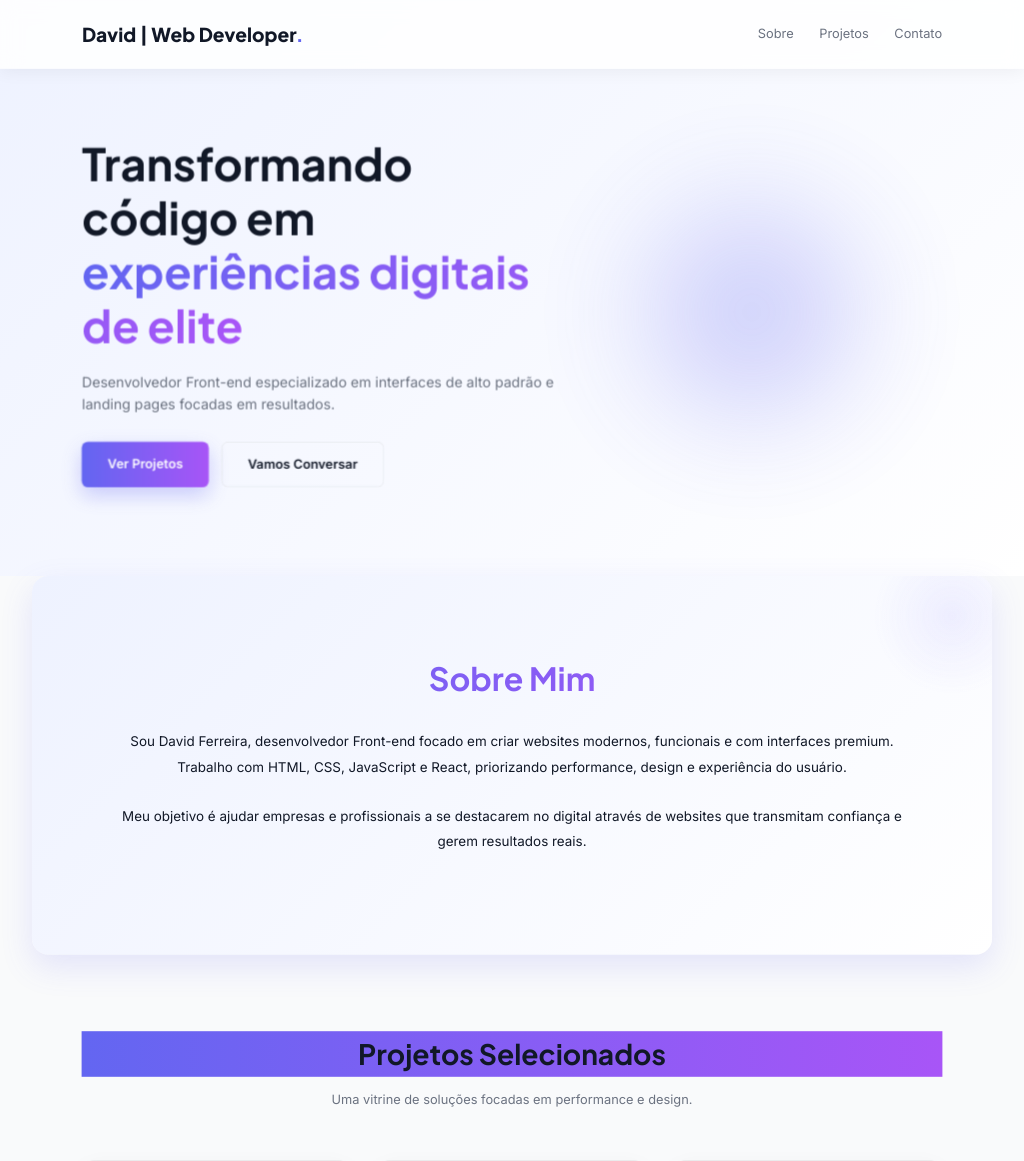
Repository: davidfsillva/David_Ferreira
Page: index.html
These files come from the project's save history. The page is drawn as it stood at one moment and after the next save; the edit follows.
The browser window is 1280 px wide. The pictures show the part of the page from y = 0 to 1451 px (the page is 2777 px tall), at 80% of full size.
Pictures or frames that could not be fetched are drawn as grey boxes.

Above is the page before, as saved 2026-02-11 12:09:47.
Console error: TypeError: Cannot read properties of null (reading 'addEventListener')

### index.html
<!DOCTYPE html>
<html lang="pt-BR">
<head>
    <meta charset="UTF-8">
    <meta name="viewport" content="width=device-width, initial-scale=1.0">

    <title>David Ferreira | Desenvolvedor Front-end & UI Designer Premium</title>

    <!-- SEO Primário -->
    <meta name="description" content="David Ferreira é desenvolvedor front-end especializado em interfaces premium, landing pages de alta conversão e experiências digitais modernas.">
    <meta name="keywords" content="Desenvolvedor Front-end, Web Designer, UI Designer, Landing Page, Desenvolvimento Web, Freelancer Brasil">
    <meta name="author" content="David Ferreira">
    <meta name="robots" content="index, follow">
    <link rel="canonical" href="https://seudominio.com/">

    <!-- Open Graph (Facebook, LinkedIn) -->
    <meta property="og:title" content="David Ferreira | Desenvolvedor Front-end Premium">
    <meta property="og:description" content="Interfaces digitais de alto padrão, focadas em performance e conversão.">
    <meta property="og:image" content="https://seudominio.com/preview.jpg">
    <meta property="og:url" content="https://seudominio.com/">
    <meta property="og:type" content="website">

    <!-- Twitter Card -->
    <meta name="twitter:card" content="summary_large_image">
    <meta name="twitter:title" content="David Ferreira | Web Developer">
    <meta name="twitter:description" content="Desenvolvimento web premium focado em performance e design moderno.">
    <meta name="twitter:image" content="https://seudominio.com/preview.jpg">

    <!-- Favicon -->
    <link rel="icon" href="favicon.ico" type="image/x-icon">

    <!-- Fonts -->
    <link href="https://fonts.googleapis.com/css2?family=Inter:wght@300;400;600&family=Plus+Jakarta+Sans:wght@700;800&display=swap" rel="stylesheet">

    <link rel="stylesheet" href="style.css">
</head>


<body>

    <!-- NAVBAR -->
    <nav class="navbar">
        <div class="logo">David | Web Developer<span>.</span></div>
        <ul class="nav-links">
            <li><a href="#about">Sobre</a></li>
            <li><a href="#portfolio">Projetos</a></li>
            <li><a href="#contact" class="btn-sm">Contato</a></li>
        </ul>
    </nav>

    <!-- HERO -->
    <section class="hero">
        <div class="hero-content">
            <h1>Transformando código em <span>experiências digitais de elite</span></h1>
            <p>Desenvolvedor Front-end especializado em interfaces de alto padrão e landing pages focadas em resultados.</p>
            <div class="hero-btns">
                <a href="#portfolio" class="btn-primary">Ver Projetos</a>
                <a href="#contact" class="btn-secondary">Vamos Conversar</a>
            </div>
        </div>
        <div class="hero-visual">
            <div class="hero-glow"></div>
        </div>
    </section>

    <!-- SOBRE -->
    <section id="about" class="section">
        <h2>Sobre Mim</h2>
        <p>Sou David Ferreira, desenvolvedor Front-end focado em criar websites modernos, funcionais e com interfaces premium. Trabalho com HTML, CSS, JavaScript e React, priorizando performance, design e experiência do usuário.</p>
        <p>Meu objetivo é ajudar empresas e profissionais a se destacarem no digital através de websites que transmitam confiança e gerem resultados reais.</p>
    </section>

    <!-- PORTFÓLIO -->
    <section id="portfolio" class="portfolio">
        <div class="section-header">
            <h2>Projetos Selecionados</h2>
            <p>Uma vitrine de soluções focadas em performance e design.</p>
        </div>
        <div class="portfolio-grid">
            <!-- Projeto 1 -->
            <a href="https://davidfsillva.github.io/Alex-Carter/" target="_blank" class="project-link">
                <div class="project-card">
                    <div class="card-image">
                        <img src="img/alex.png" alt="Projeto Alex Carter">
                        <div class="card-overlay"><span>Ver Detalhes</span></div>
                    </div>
                    <div class="card-info">
                        <h3>Alex Carter | Landing Page</h3>
                        <p>Website de personal branding para atleta profissional.</p>
                    </div>
                </div>
            </a>

            <!-- Projeto 2 -->
            <a href="https://davidfsillva.github.io/e-hammershark/" target="_blank" class="project-link">
                <div class="project-card">
                    <div class="card-image">
                        <img src="img/ecomerce.png" alt="Projeto Hammershark">
                        <div class="card-overlay"><span>Ver Detalhes</span></div>
                    </div>
                    <div class="card-info">
                        <h3>Hammershark | E-commerce</h3>
                        <p>E-commerce de moda fitness, focado em branding e experiência de compra.</p>
                    </div>
                </div>
            </a>

            <!-- Projeto 3 -->
            <a href="https://davidfsillva.github.io/landing-page/" target="_blank" class="project-link">
                <div class="project-card">
                    <div class="card-image">
                        <img src="img/landingpage.png" alt="Projeto Landing Page">
                        <div class="card-overlay"><span>Ver Detalhes</span></div>
                    </div>
                    <div class="card-info">
                        <h3>Lucas Andrade | Landing Page</h3>
                        <p>Landing page estratégica para geração de leads e conversão.</p>
                    </div>
                </div>
            </a>

            <!-- Projeto 4 -->
            <a href="https://davidfsillva.github.io/beatriz-almeida-adv/" target="_blank" class="project-link">
                <div class="project-card">
                    <div class="card-image">
                        <img src="img/adv.png" alt="Projeto Beatriz Almeida Advogados">
                        <div class="card-overlay"><span>Ver Detalhes</span></div>
                    </div>
                    <div class="card-info">
                        <h3>Beatriz Almeida Advogados | Website Institucional</h3>
                        <p>Website institucional transmitindo autoridade e confiança.</p>
                    </div>
                </div>
            </a>
        </div>
    </section>

    <!-- CTA / CONTATO -->
    <section id="contact" class="cta-section">
        <h2>Pronto para elevar seu nível digital?</h2>
        <p>Vamos transformar sua ideia em uma interface de classe mundial.</p>
        <a href="https://wa.me/5599999999999" target="_blank" class="btn-whatsapp">Iniciar Conversa no WhatsApp</a>
    </section>

    <!-- FOOTER -->
    <footer>
        <div class="footer-content">
            <p>&copy; 2026 David Ferreira. Todos os direitos reservados.</p>
            <div class="social-links">
                <a href="#" target="_blank">Instagram</a>
                <a href="#" target="_blank">LinkedIn</a>
                <a href="#" target="_blank">GitHub</a>
            </div>
        </div>
    </footer>

    <script src="scripts.js"></script>
</body>
</html>
</html>

### style.css
:root {
  --primary: #6366f1;
  --primary-light: #818cf8;
  --accent: #a855f7;
  --text-dark: #111827;
  --text-light: #6b7280;
  --bg-light: #f9fafb;
  --white: #ffffff;
  --transition: all 0.3s ease;
}

/* RESET */
* {
  margin: 0;
  padding: 0;
  box-sizing: border-box;
}

html {
  scroll-behavior: smooth;
}

body {
  font-family: 'Inter', sans-serif;
  background: var(--bg-light);
  color: var(--text-dark);
  line-height: 1.6;
  animation: fadePage 0.8s ease-in-out;
}

@keyframes fadePage {
  from { opacity: 0; transform: translateY(10px); }
  to { opacity: 1; transform: translateY(0); }
}

/* NAVBAR */
.navbar {
  position: fixed;
  width: 100%;
  top: 0;
  padding: 1.5rem 8%;
  display: flex;
  justify-content: space-between;
  align-items: center;
  background: rgba(255,255,255,0.85);
  backdrop-filter: blur(12px);
  box-shadow: 0 4px 20px rgba(0,0,0,0.05);
  z-index: 1000;
  transition: var(--transition);
}

.logo {
  font-family: 'Plus Jakarta Sans', sans-serif;
  font-weight: 800;
  font-size: 1.5rem;
}

.logo span {
  color: var(--primary);
}

.nav-links {
  display: flex;
  list-style: none;
  gap: 2rem;
}

.nav-links a {
  text-decoration: none;
  color: var(--text-light);
  font-weight: 500;
  transition: var(--transition);
}

.nav-links a:hover {
  color: var(--primary);
  transform: translateY(-2px);
}

/* HERO */
.hero {
  min-height: 100vh;
  padding: 120px 8% 60px;
  display: flex;
  align-items: center;
  justify-content: space-between;
  background: linear-gradient(135deg, #eef2ff, #ffffff);
  flex-wrap: wrap;
}

.hero-content {
  max-width: 600px;
  animation: heroFade 1s ease 0.2s both;
}

@keyframes heroFade {
  from { opacity: 0; transform: translateY(40px); }
  to { opacity: 1; transform: translateY(0); }
}

.badge {
  display: inline-block;
  padding: 0.5rem 1rem;
  background: rgba(99,102,241,0.1);
  color: var(--primary);
  border-radius: 20px;
  font-size: 0.8rem;
  font-weight: 600;
  margin-bottom: 1.5rem;
}

.hero h1 {
  font-family: 'Plus Jakarta Sans', sans-serif;
  font-size: clamp(2rem, 5vw, 3.5rem);
  line-height: 1.2;
  margin-bottom: 1.5rem;
}

.hero h1 span {
  background: linear-gradient(90deg, var(--primary), var(--accent));
  -webkit-background-clip: text;
  -webkit-text-fill-color: transparent;
}

.hero p {
  font-size: 1.1rem;
  color: var(--text-light);
  margin-bottom: 2rem;
}

/* BUTTONS */
.btn-primary,
.btn-secondary,
.btn-whatsapp {
  display: inline-block;
  padding: 0.9rem 2rem;
  border-radius: 8px;
  text-decoration: none;
  font-weight: 600;
  transition: all 0.3s ease;
  position: relative;
  overflow: hidden;
}

.btn-primary {
  background: linear-gradient(90deg, var(--primary), var(--accent));
  color: white;
  box-shadow: 0 10px 25px rgba(99,102,241,0.3);
}

.btn-primary:hover {
  transform: translateY(-4px) scale(1.03);
}

.btn-primary:active {
  transform: scale(0.96);
}

.btn-primary::after {
  content: "";
  position: absolute;
  width: 200%;
  height: 200%;
  background: radial-gradient(circle, rgba(255,255,255,0.4), transparent 60%);
  top: -50%;
  left: -50%;
  opacity: 0;
  transition: opacity 0.4s ease;
}

.btn-primary:hover::after {
  opacity: 1;
}

.btn-secondary {
  border: 1px solid #e5e7eb;
  color: var(--text-dark);
  margin-left: 1rem;
}

.btn-secondary:hover {
  background: #f3f4f6;
  transform: translateY(-4px);
}

.btn-secondary:active {
  transform: scale(0.96);
}

.btn-whatsapp {
  background: #25d366;
  color: white;
}

.btn-whatsapp:hover {
  transform: translateY(-4px) scale(1.03);
}

.btn-whatsapp:active {
  transform: scale(0.96);
}

.hero-btns {
  display: flex;
  flex-wrap: wrap;
}

#about {
  text-align: center;
  max-width: 1200px; /* ocupa mais largura sem ficar exagerado */
  margin: 0 auto;
  padding: 6rem 8%;
  background: linear-gradient(135deg, #eef2ff 0%, #ffffff 100%); /* combina com hero */
  border-radius: 20px; /* bordas suaves */
  box-shadow: 0 15px 40px rgba(99,102,241,0.15); /* sombra leve e elegante */
  position: relative;
  overflow: hidden;
}

#about::before {
  content: "";
  position: absolute;
  width: 200px;
  height: 200px;
  background: radial-gradient(circle, rgba(163,155,253,0.2), transparent 70%);
  top: -50px;
  right: -50px;
  border-radius: 50%;
  z-index: 0;
  animation: pulseGlow 6s infinite ease-in-out;
}

#about h2 {
  font-family: 'Plus Jakarta Sans', sans-serif;
  font-size: clamp(2rem, 4vw, 2.5rem);
  margin-bottom: 2rem;
  position: relative;
  z-index: 1;
  background: linear-gradient(90deg, var(--primary), var(--accent));
  -webkit-background-clip: text;
  -webkit-text-fill-color: transparent;
}

#about p {
  font-size: 1.05rem;
  line-height: 1.9;
  color: var(--text-dark);
  margin-bottom: 1.8rem;
  position: relative;
  z-index: 1;
  opacity: 0;
  transform: translateY(20px);
  animation: fadeUp 1s forwards;
  animation-delay: 0.3s;
}

/* Animação suave */
@keyframes fadeUp {
  to {
    opacity: 1;
    transform: translateY(0);
  }
}



/* HERO VISUAL */
.hero-visual {
  flex: 1;
  min-height: 400px;
  display: flex;
  justify-content: center;
  align-items: center;
}

.hero-glow {
  width: 350px;
  height: 350px;
  background: radial-gradient(circle, rgba(99,102,241,0.4), transparent 70%);
  border-radius: 50%;
  filter: blur(60px);
  animation: pulseGlow 4s infinite ease-in-out;
}

@keyframes pulseGlow {
  0% { transform: scale(1); opacity: 0.7; }
  50% { transform: scale(1.1); opacity: 1; }
  100% { transform: scale(1); opacity: 0.7; }
}

/* PORTFOLIO */
.portfolio {
  padding: 6rem 8%;
}

.section-header {
  text-align: center;
  margin-bottom: 4rem;
}

.section-header h2 {
  font-family: 'Plus Jakarta Sans', sans-serif;
  font-size: 2.2rem;
  margin-bottom: 1rem;
    background: linear-gradient(90deg, var(--primary), var(--accent));
}

.section-header p {
  color: var(--text-light);
}

.portfolio-grid {
  display: grid;
  grid-template-columns: repeat(auto-fit, minmax(280px, 1fr));
  gap: 2rem;
}

.project-card {
  background: var(--white);
  border-radius: 16px;
  overflow: hidden;
  box-shadow: 0 10px 30px rgba(0,0,0,0.06);
  cursor: pointer;
  transition: transform 0.4s ease, box-shadow 0.4s ease;
  will-change: transform;
}

.project-card:hover {
  transform: translateY(-12px) scale(1.03);
  box-shadow: 0 25px 50px rgba(99,102,241,0.2);
}

.card-image {
  position: relative;
  overflow: hidden;
}

.card-image img {
  width: 100%;
  height: 220px;
  object-fit: cover;
  display: block;
  transition: transform 0.6s ease;
}

.project-card:hover .card-image img {
  transform: scale(1.08);
}

.card-overlay {
  position: absolute;
  inset: 0;
  background: rgba(99,102,241,0.8);
  display: flex;
  justify-content: center;
  align-items: center;
  color: white;
  font-weight: 600;
  opacity: 0;
  transition: opacity 0.4s ease;
}

.project-card:hover .card-overlay {
  opacity: 1;
}

.card-info {
  padding: 1.5rem;
}

.card-info h3 {
  margin-bottom: 0.5rem;
}

.card-info p {
  color: var(--text-light);
}

.project-link {
  text-decoration: none;
  color: inherit;
  display: block;
}


/* CTA */
.cta-section {
  padding: 5rem 8%;
  text-align: center;
  background: linear-gradient(135deg, #eef2ff, #ffffff);
}

/* FOOTER */
footer {
  padding: 2rem 8%;
  background: var(--white);
  border-top: 1px solid #e5e7eb;
}

.footer-content {
  display: flex;
  justify-content: space-between;
  flex-wrap: wrap;
  gap: 1rem;
}

.social-links a {
  text-decoration: none;
  margin-left: 1rem;
  color: var(--text-light);
  transition: var(--transition);
}

.social-links a:hover {
  color: var(--primary);
  transform: translateY(-2px);
}

.cta-section p {
  color: var(--text-light);
  margin-bottom: 2.5rem; /* aumenta espaço abaixo do texto */
}

.btn-whatsapp {
  display: inline-block;
  background: #25d366;
  color: white;
  padding: 1rem 2rem;
  border-radius: 8px;
  text-decoration: none;
  font-weight: 600;
  transition: var(--transition);
  margin-top: 0.5rem; /* pequeno respiro extra */
}


/* MODAL */
.modal-overlay {
  position: fixed;
  inset: 0;
  background: rgba(0,0,0,0.6);
  display: none;
  justify-content: center;
  align-items: center;
  padding: 2rem;
  z-index: 2000;
}

.modal-content {
  background: white;
  width: 100%;
  max-width: 900px;
  border-radius: 20px;
  overflow: hidden;
  animation: modalZoom 0.4s cubic-bezier(.23,1,.32,1);
  position: relative;
}

@keyframes modalZoom {
  from { opacity: 0; transform: scale(0.85) translateY(20px); }
  to { opacity: 1; transform: scale(1) translateY(0); }
}

.modal-body {
  display: grid;
  grid-template-columns: 1fr 1fr;
}

.modal-img {
  min-height: 300px;
  background-size: cover !important;
}

.modal-text {
  padding: 2rem;
}

.close-modal {
  position: absolute;
  top: 20px;
  right: 25px;
  background: none;
  border: none;
  font-size: 2rem;
  cursor: pointer;
  transition: transform 0.3s ease;
}

.close-modal:hover {
  transform: rotate(90deg);
}

/* RESPONSIVO */
@media (max-width: 900px) {
  .hero {
    flex-direction: column;
    text-align: center;
  }

  .hero-visual {
    margin-top: 3rem;
  }

  .modal-body {
    grid-template-columns: 1fr;
  }
}

@media (max-width: 600px) {
  .navbar {
    padding: 1rem 5%;
  }

  .nav-links {
    display: none;
  }

  .hero {
    padding: 100px 5% 60px;
  }

  .portfolio {
    padding: 4rem 5%;
  }

  .cta-section {
    padding: 4rem 5%;
  }

  footer {
    padding: 2rem 5%;
  }

  .footer-content {
    flex-direction: column;
    text-align: center;
  }

  .social-links a {
    margin: 0 0.5rem;
  }
}

Loaded but not shown: scripts.js (103 lines, source omitted)

After the next save:
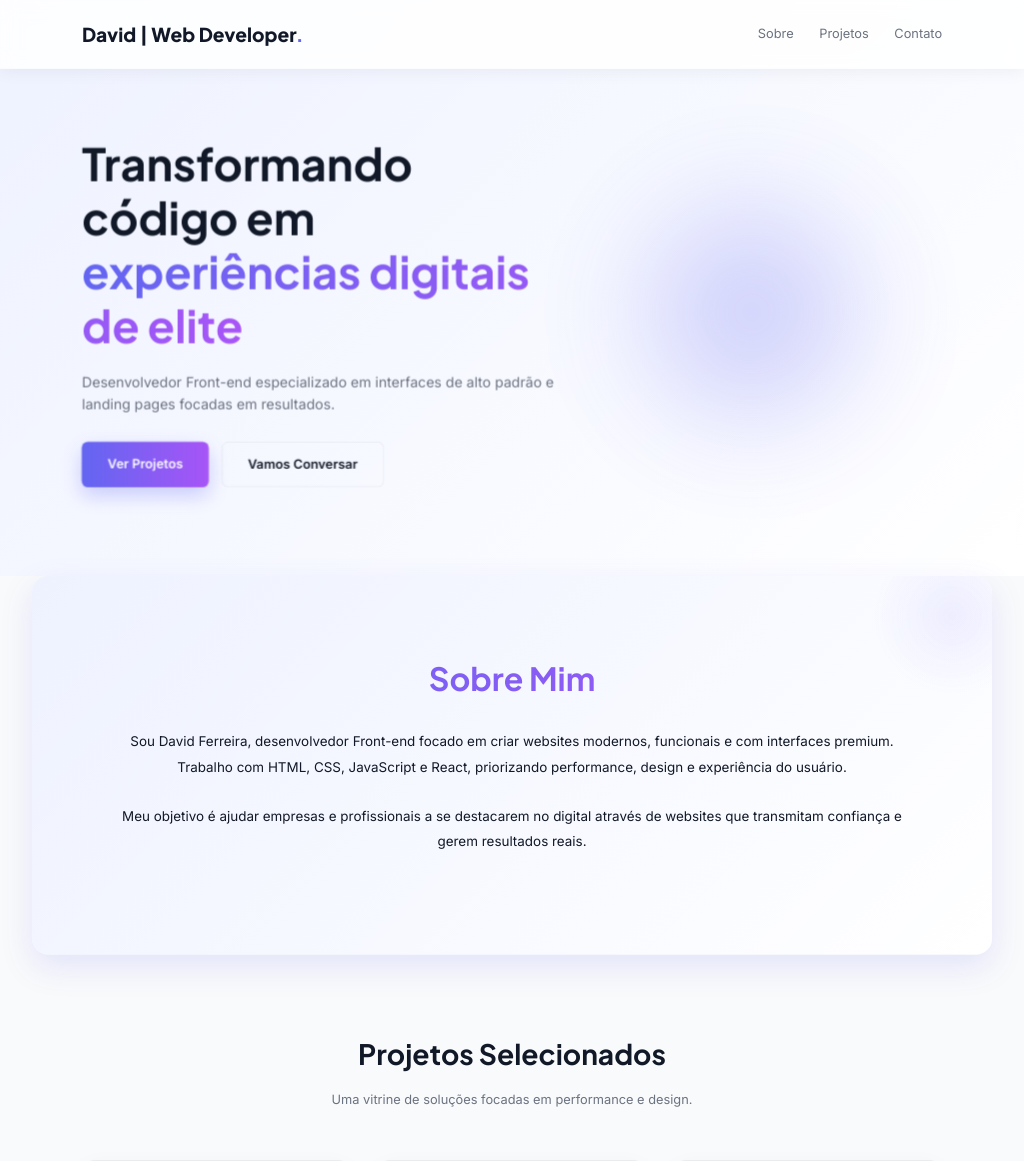
Saved 6 s later.
--- a/style.css
+++ b/style.css
@@ -302,7 +302,7 @@
   font-family: 'Plus Jakarta Sans', sans-serif;
   font-size: 2.2rem;
   margin-bottom: 1rem;
-    background: linear-gradient(90deg, var(--primary), var(--accent));
+  color: linear-gradient(90deg, var(--primary), var(--accent));
 }
 
 .section-header p {

After the 2 saves that followed:
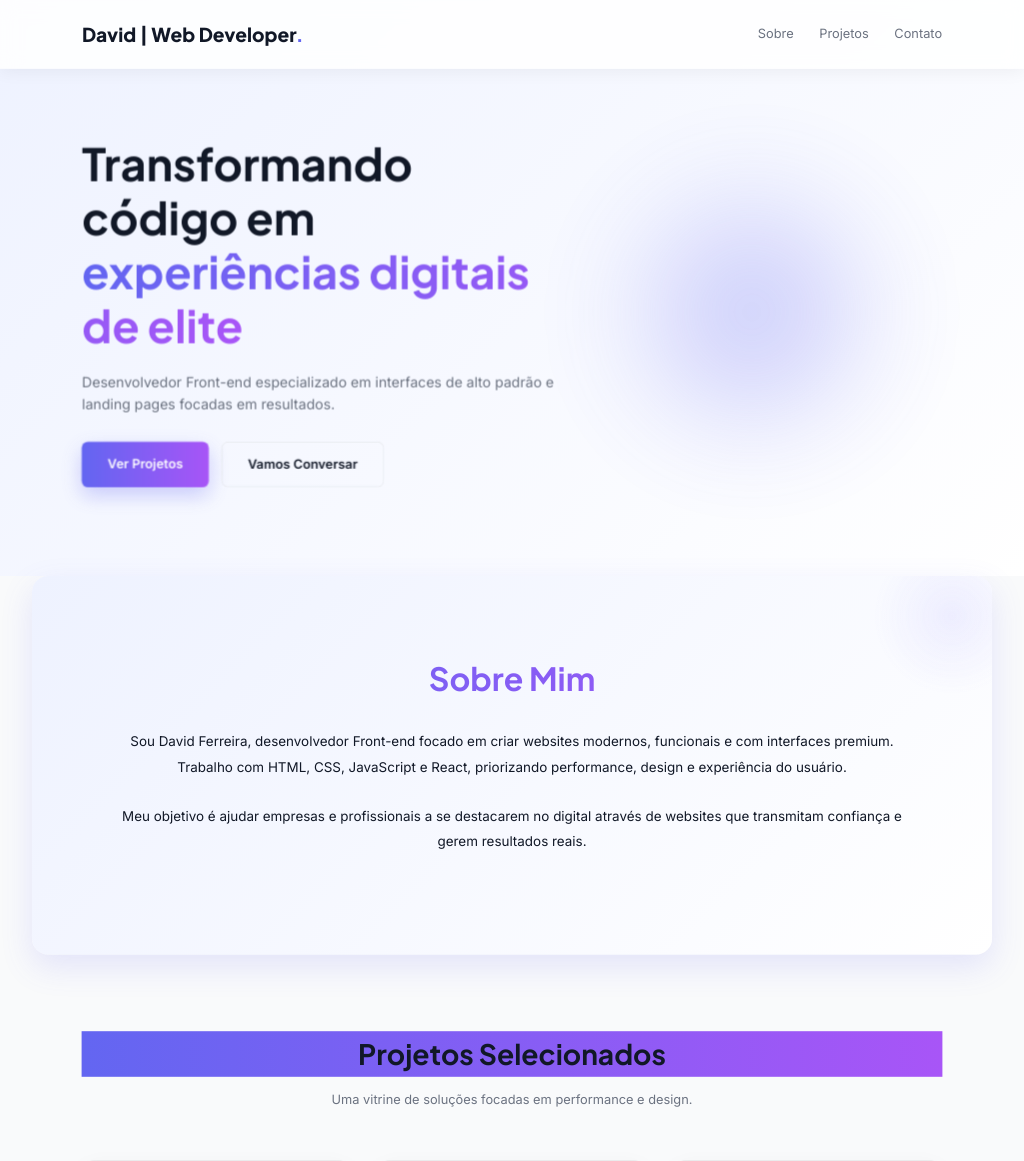
The 2 saves are shown as one change because 1 left the picture as it was.
The last was saved 54 s later.
--- a/style.css
+++ b/style.css
@@ -302,7 +302,7 @@
   font-family: 'Plus Jakarta Sans', sans-serif;
   font-size: 2.2rem;
   margin-bottom: 1rem;
-  color: linear-gradient(90deg, var(--primary), var(--accent));
+    background: linear-gradient(90deg, var(--primary), var(--accent));
 }
 
 .section-header p {
